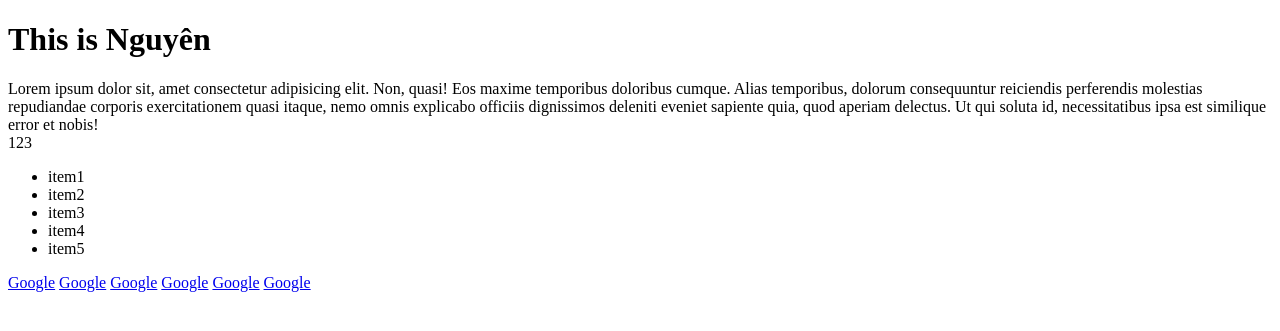
Repository: KhoiNguyen77/JS-C-Ba-n
Page: index.html
These files come from the project's save history. The page is drawn as it stood at one moment and after the next save; the edit follows.
The browser window is 1280 px wide. The pictures show the whole page.

Above is the page before, as saved 2023-03-29 17:23:00.

### index.html
<!DOCTYPE html>
<html lang="en">
  <head>
    <meta charset="UTF-8" />
    <meta http-equiv="X-UA-Compatible" content="IE=edge" />
    <meta name="viewport" content="width=device-width, initial-scale=1.0" />
    <title>Document</title>
  </head>
  <body>
    <h1>This is Nguyên</h1>
    <div class="container">
      Lorem ipsum dolor sit, amet consectetur adipisicing elit. Non, quasi! Eos
      maxime temporibus doloribus cumque. Alias temporibus, dolorum consequuntur
      reiciendis perferendis molestias repudiandae corporis exercitationem quasi
      itaque, nemo omnis explicabo officiis dignissimos deleniti eveniet
      sapiente quia, quod aperiam delectus. Ut qui soluta id, necessitatibus
      ipsa est similique error et nobis!
    </div>
    <div id="spinner" style="color: red">123</div>
    <ul>
      <li class="item item1">item1</li>
      <li class="item item2">item2</li>
      <li class="item item3">item3</li>
      <li class="item item4">item4</li>
      <li class="item item5">item5</li>
    </ul>
    <a href="gooogle.com.vn" class="link">Google</a>
    <a href="gooogle.com.vn" class="link">Google</a>
    <a href="gooogle.com.vn" class="link">Google</a>
    <a href="gooogle.com.vn" class="link">Google</a>
    <a href="gooogle.com.vn" class="link">Google</a>
    <a href="gooogle.com.vn" class="link">Google</a>
    <style>
      .container.active {
        color: aqua;
      }

    </style>
    <script src="./index.js"></script>
  </body>
</html>

### index.js
// Function

compare = (a = 0, b = 0) => {
  if (typeof a !== "number" || typeof b !== "number") return 0;
  return Math.max(a, b);
};
console.log(compare(5, 10));

upperCase = (a = "") => {
  if (typeof a !== "string") {
    return console.log("Vui lòng nhập vào chữ");
  }
  let newWord = a.toLowerCase().charAt(0).toUpperCase();
  return newWord + a.toLowerCase().slice(1);
};
console.log(upperCase("nguyen"));

compare2 = (a, b, callback) => {
  let max = compare(a, b);
  callback(max);
};
inMax = (num) => {
  console.log(num);
};
console.log(compare2(500, 1000, inMax));
//  Date
// B1: viết chương trình nhập vào ngày tháng năm sinh và in ra
function getAge(year) {
  if (typeof year !== "number") {
    console.log("Vui lòng nhập đúng năm");
  }
  const thisYear = new Date().getFullYear();
  return thisYear - year;
}
const age2 = getAge(2000);
console.log(`Tuổi của bạn là ${age2} `);
// Bài 2:
// function countDown(minute = 0) {
//   let second = minute * 60;
//   let count = 0;
//   const countUp = setInterval(() => {
//     count += 1;
//     console.log(count);
//     if (count === second) {
//       alert("bạn đã hết giờ làm bài");
//       clearInterval(countUp);
//     }
//   }, 1000);
// }
// countDown(0.2);
// Bài 3:
function timeSince(time) {
  const now = new Date();
  const since = new Date(time);
  const truTime = Math.floor((now.getTime() - since.getTime()) / 1000);
  let quyDoiTime = truTime / 32140800;
  if (quyDoiTime > 1) {
    console.log(`${Math.floor(quyDoiTime)} năm trước`);
  }
  quyDoiTime = truTime / 2678400;
  if (quyDoiTime > 1 && truTime <= 32140800) {
    console.log(`${Math.floor(quyDoiTime)} tháng trước`);
  }
  quyDoiTime = truTime / 604800;
  if (quyDoiTime > 1 && truTime <= 2678400) {
    console.log(`${Math.floor(quyDoiTime)} tuần trước`);
  }
  quyDoiTime = truTime / 86400;
  if (quyDoiTime > 1 && truTime < 604800) {
    console.log(`${Math.floor(quyDoiTime)} ngày trước`);
  }
  quyDoiTime = truTime / 3600;
  if (quyDoiTime > 1 && truTime <= 86400) {
    console.log(`${Math.floor(quyDoiTime)} giờ trước`);
  }
  quyDoiTime = truTime / 60;
  if (quyDoiTime > 1 && truTime < 3600) {
    console.log(`${Math.floor(quyDoiTime)} phút trước`);
  }
}
// 1 năm: 32140800
// 1 tháng:2678400
// 1 tuần:604800
// 1 ngày:86400
// 1 giờ : 3600
// 1 phút: 60
timeSince("Thu Mar 23 2023 14:47:43 GMT+0700");
//
const array = [1, 2, 3, 4, 5, 6, 7, 8];
a = array.find((x) => x > 3);
b = array.findIndex((x) => x > 3);
console.log(a);
console.log(b);
const list = [4, 5, 6, 7, 8, 9, 1, 3, 5, 6];
console.log(list.map((x) => x * 2));
const listTripple = [];

const number = [1, 2, 3, 4, 5, 6, 7, 8];
const test = number.filter((x) => x > 2);
console.log(test);
// Đảo ngược một chuỗi
// VD : "My name is evondev" => VD: "evondev is name My"
function reverseString(str) {
  if (!str) return null;
  console.log(str.split(" ").reverse().join(" "));
}

reverseString("My name is evondev");
// Đảo ngược một chuỗi bao gồm các kí tự.
//  VD: "i love" => evol i

function reverse(str) {
  if (!str) return null;
  console.log(str.split("").reverse().join(""));
}
reverse("i love");
capitalizeWord = (item) => {
  let upper = item.charAt(0).toUpperCase();
  let lower = item.slice(1).toLowerCase();
  return `${upper}${lower}`;
};
// Capitalize 1 chuỗi: VD "my name is evondev" => "My Name Is Evondev"
capitalizeStr = (str) => {
  let layChuoi = str.split(" ");
  let inHoaStr = layChuoi.map((item) => capitalizeWord(item));
  return console.log(inHoaStr.join(" "));
};

let strMau = "my name is evondev";
capitalizeStr(strMau);
// let layStr = strMau.split(" ");
// console.log(layStr);
// let example = layStr.map(
//   item => {
//     let newWord  = item.charAt(0).toUpperCase();
//     let secondWord = item.slice(1).toLowerCase();
//     return `${newWord}${secondWord}`;
//   }
// );
// let kq = example.join(" ")
// console.log(example);
// console.log(kq);

//  Bài tập cơ bản về vòng lặp for
// sao chép 1 mảng bằng vòng lặp for
let numbers = [1, 2, 3, 4, 5, 6, 7, 8, 9, 10];
let kq = [];
for (let i = 0; i < numbers.length; i++) {
  kq.push(numbers[i]);
}
let string1 = "i love";
ketquaString = "";

for (i = string1.length - 1; i >= 0; i--) {
  ketquaString += string1[i];
  console.log(ketquaString);
}

//  Bài tập chương 6 số 1 và 2
let arrayB1 = [
  1,
  1000,
  false,
  null,
  "evondev",
  "",
  undefined,
  "javascript",
  [1, 2, 3],
];
// ketquaB1 = arrayB1.map((item) => {
// //   if (item) {
// //     ketquaB1.push(item);
// //   }
// // });

// // console.log(ketquaB1);
let filterArray = arrayB1.filter((item) => Boolean(item));
console.log(filterArray);

let arrayB2 = [
  [1, 2, 3, [false, null]],
  [1, 5, 6, ["javascript"]],
  [888, 666, [90]],
];
//
const result = arrayB2.flat(2).filter((item) => Boolean(item));
console.log(result);
// Bài 3: Đào ngược số nguyên. Ví dụ 1234 ==> 4321

reverseNumber = (num) => {
  let numToStr =
    parseInt(num.toString().split("").reverse().join("")) * Math.sign(num);
  console.log(numToStr);
};
reverseNumber(-12345);

fizzBuzz = (num) => {
  for (let i = 1; i < num; i++) {
    if (i % 2 === 0) {
      console.log("Fizz");
    } else if (i % 3 === 0) {
      console.log("Buzz");
    } else if (i % 2 === 0 && i % 3 === 0) {
      console.log("FizzBuzz");
    }
  }
};
fizzBuzz(4);

// Bài 4:

checkStr = (str) => {
  let character = "aoeui";
  let count = 0;
  for (let c of str) {
    if (character.includes(c)) count += 1;
  }
  console.log(count);
};
checkStr("evondev");

// Bài 5
let arraySo = [1, 2, 3, 1, 1, 1, 2, 2, 2, 5, 5, 5, 7, 7, 6]; // kết quả trả về là [1,2,3,4,5,6,7]

uniqueSo = (arrSo) => {
  let uniqueArray = [];
  for (let i = 0; i < arrSo.length; i++) {
    if (!uniqueArray.includes(arrSo[i])) uniqueArray.push(arrSo[i]);
  }
  console.log(uniqueArray);
};
uniqueSo(arraySo);

//  Bài 7: Viết 1 function xử lý từ 1 mảng lớn thành nhiều mảng con dựa vào một số nguyên đầu vào. Ví dụ
// ([1,2,3,4,5],2) => [[1,2],[3,4],[5,6]]
let mang = [1, 2, 3, 4, 5, 6];

phanMang = (arr, num) => {
  let result = [];
  let index = 0;
  while (index < arr.length) {
    result.push(arr.slice(index, num + index));
    index = index + num;
    console.log(result);
  }
};

phanMang(mang, 4);

let user = {
  firstName: "Nguyên",
};
let user2 = Object.assign(user);

//  TH1: This ở đây sẽ đề cập tới object, key gần nhất
let student2 = {
  name: "evondev",
  schol: "Cao Thang",
  age: 27,
  male: true,
  "last-name": "tuan",
  hi: function () {
    console.log(`my name is ${this.name} and I'm ${this.age} years old`);
  },
  fullName: {
    name: "Tran Anh Tuan",
  },
};
student2.hi();
// Optional chaining
console.log(student2.fullName); //trả về undefined nếu như key không tồn tại
// console.log(student2.fullName.name); //trả về Cannot read properties of undefined (reading 'name')
if (student2.fullName) {
  if (student2.fullName.name) {
    console.log(student2.fullName.name);
  }
}

// student2.fullName?.name ==> Nếu có key là full name thì mới chạy qua .name
console.log(student2.fullName?.name);

// Destructuring object
//  const {name, age, male} = student2;

let { name, age, male, ...rest } = student2;
console.log(name, age, male, rest);

let objNew = {
  name: "evondev",
  school: "Cao Thang",
  age: 27,
};
function whatYourInfo2({ name, age, school }) {
  console.log(name, age, school);
}

whatYourInfo2(objNew);
function whatYourInfo(obj) {
  console.log((obj.name, obj.age, obj.school));
}

// BT Object
//  Viết 1 function kiểm tra value có phải là object hay không
//  {} [] null ==> đều là type object

isObject = (value) => {
  if (typeof value === "object" && !Array.isArray(value) && value !== null) {
    return true;
  }
  return false;
};
console.log(isObject(null));

// BT 2: {a: 1, b:2} => [["a":1], ["b":2]]

objectToArray = (obj) => {
  if (!isObject(obj)) return;
  let result = Object.entries(obj);
  console.log(result);
};
objectToArray({
  a: 1,
  b: 2,
  c: 3,
});

// BT 3: Viết phương thức without. VD {{a: 1, b:2}, b} => {a:1}

without = (obj, ...key) => {
  let copyObj = { ...obj };
  key.forEach((item) => delete copyObj[item]);
  let result = copyObj;
  console.log(result);
};
without(
  {
    a: 1,
    b: 2,
    c: 3,
  },
  "b"
);

// BT 4: Viết 1 function để kiểm tra 2 object truyền vào có bằng nhau không

isEqualOBject = (obj1, obj2) => {
  let objKey1 = Object.keys(obj1);
  let objKey2 = Object.keys(obj2);
  if (objKey1.length !== objKey2.length) return false;   //check length của mảng
  let result = objKey1.every((key) => obj1[key] === obj2[key]); ///duyệt value qua từng key
  console.log(result);
  return result;
};

isEqualOBject(
  {
    a: 1,
    b: 2,
  },
  { a: 1, b: 2 }
);

// Node selector:
const singleNode = document.querySelector("h1");
const singleNode2 = document.querySelector(".container");
const singleNode3 = document.querySelector("#spinner");
console.log(singleNode);
console.log(singleNode3);
console.log(singleNode2);

// Multinode:
const multiNode = document.querySelectorAll(".item");
console.log(multiNode);


// Getattribute() bằng node:

let link = document.querySelector(".link");
console.log(link.getAttribute("href"));

// get attribute bằng NodeList
let listLi = document.querySelectorAll(".item");
listLi.forEach(item => {
  console.log(item.getAttribute("class"));
})


// setAttribute() bằng node:
link.setAttribute("target", "_blank");

//setAttribute bằng NodeList;
let link2 = document.querySelectorAll("a.link");
link2.forEach(item => item.setAttribute("target", "_blank"))

// removeAttribute

const p = document.querySelector("#spinner");
p.removeAttribute("style")

// hasAttribute
console.log(p.hasAttribute("class")); // ==> false
console.log(p.hasAttribute("id")); // ==> true

// Thêm class
// cú pháp: selector.classList.add("abc");

const container = document.querySelector(".container");
container.classList.add("active");

//Xóa class
//cú pháp: selector.classList.remove("abc");
container.classList.remove("active");


// kiểm tra có chứa class hay không
// cú pháp: selector.classList.contains("abc"); ==> kiểm tra xem có chứa class abc không

console.log((container.classList.contains("active"))); // trả về false
console.log((container.classList.contains("container"))); // trả về true

After the next save:
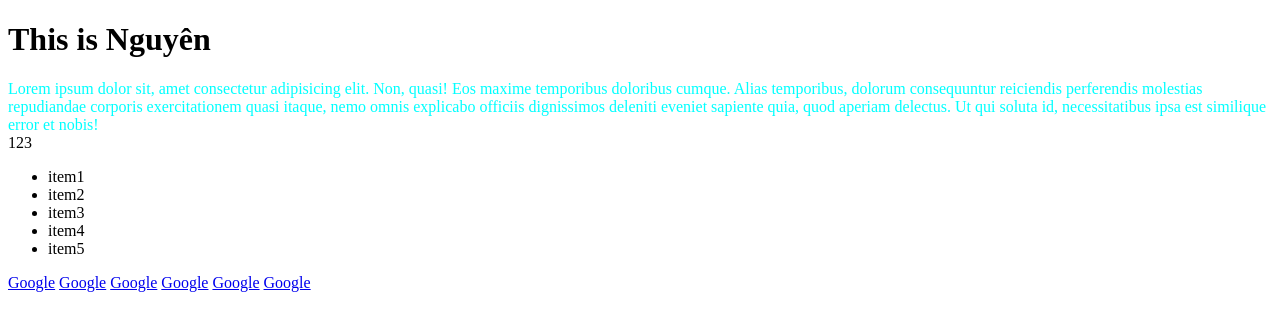
Saved 9 min 8 s later.
--- a/index.js
+++ b/index.js
@@ -418,3 +418,7 @@ container.classList.remove("active");
 
 console.log((container.classList.contains("active"))); // trả về false
 console.log((container.classList.contains("container"))); // trả về true
+
+// Toggle menu
+// Cú pháp: selector.classList.toggle("abc"); ==> nếu đã có class rồi thì remove, không có thì add vào
+container.classList.toggle("active");
